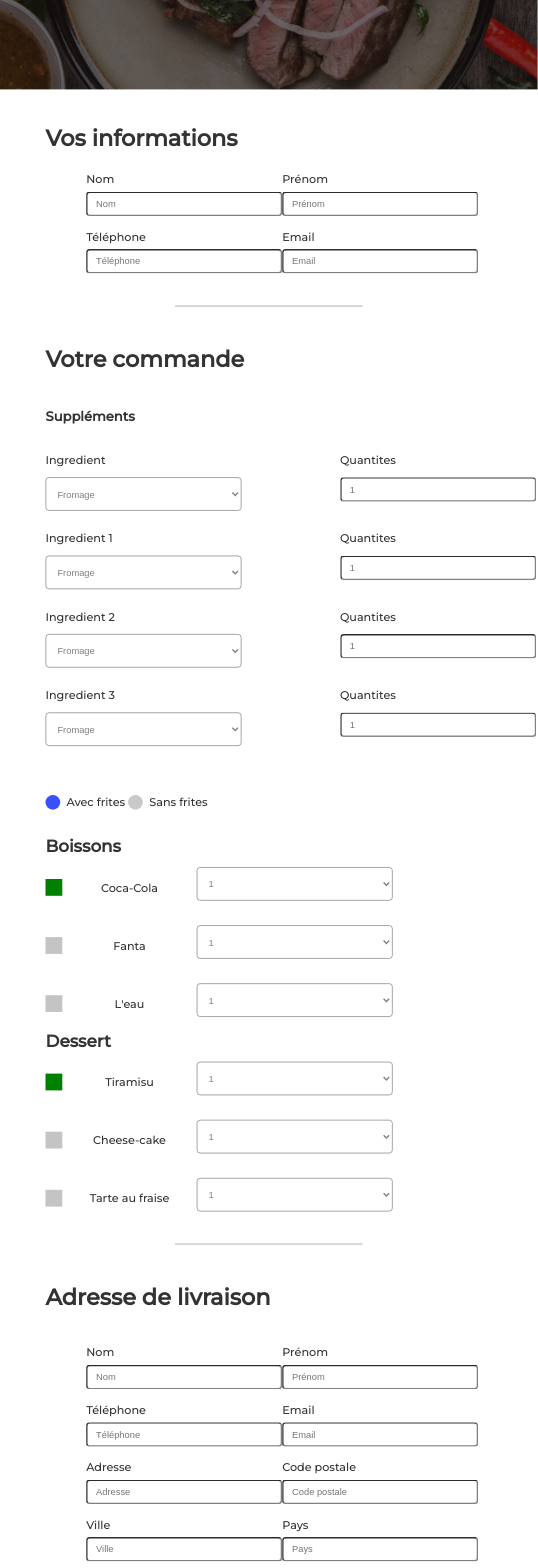
Repository: sisilass31/bella-olonje
Page: html/commande.html
The author's editor kept a copy of each file at every save. The page is drawn from the files as they stood at one save, then again after a run of saves.
The browser window is 768 px wide. The pictures show the part of the page from y = 694 to 2934 px (the page is 3110 px tall), at 70% of full size.
Some web libraries are served in a nearby version.

Above is the page before, as saved 2023-02-15 08:58:04.

After the next 6 saves:
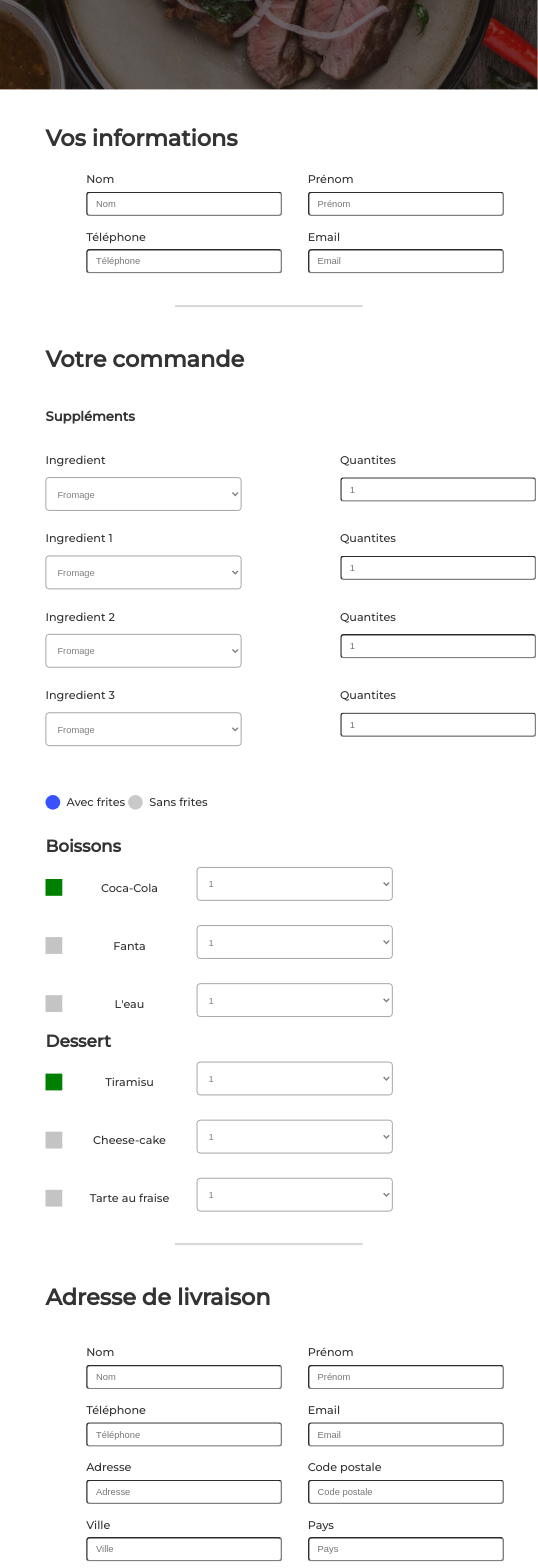
The 6 saves are shown as one change because they came seconds apart.
The last was saved 26 s later.
--- a/css/commande.css
+++ b/css/commande.css
@@ -469,7 +469,9 @@ button {
         display: flex;
         flex-direction: column;
     }
-
+    .label1 {
+        margin-left:5% ;
+    }
     .nom_prenom {
         justify-content: center;
         padding: 0;
